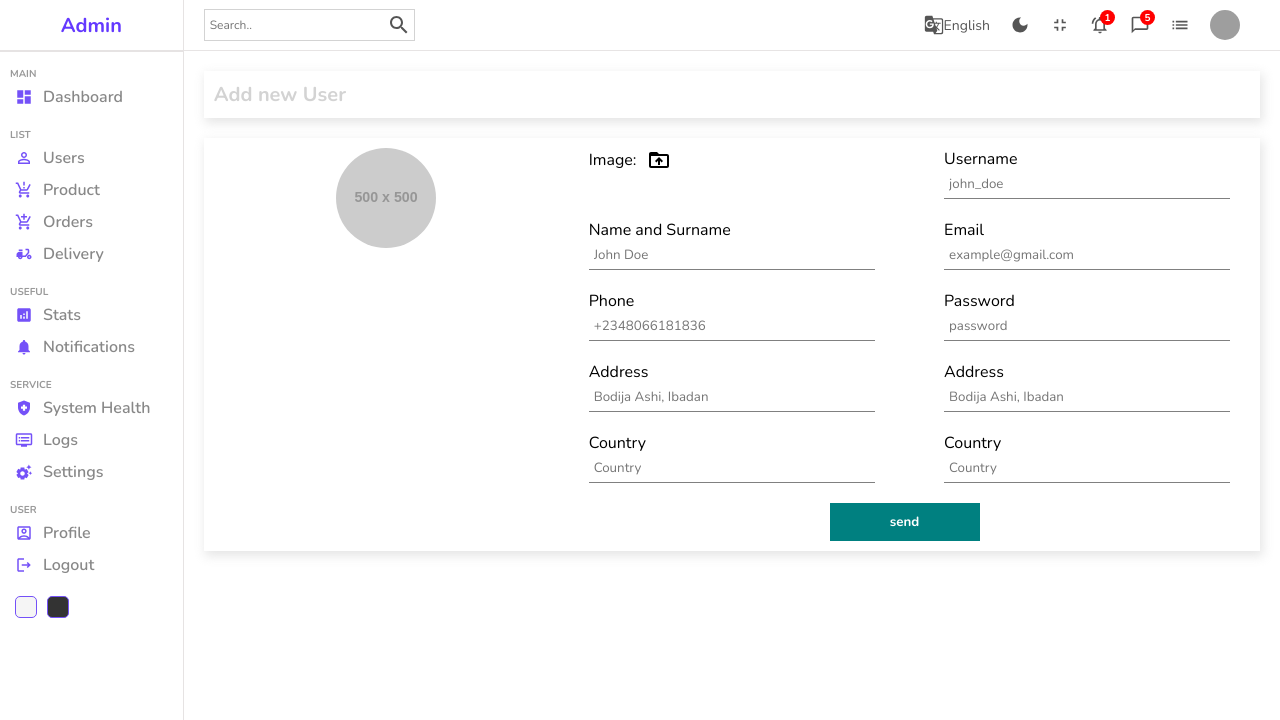
Repository: maescode/simple-react-admin-dashboard
Page: /users/new
These files come from the project's save history. The page is drawn as it stood at one moment and after the next save; the edit follows.
The browser window is 1280 px wide. The pictures show the whole page.
Pictures or frames that could not be fetched are drawn as grey boxes. The project was rebuilt for these pictures with package versions that can differ from the ones it lists, and the page was loaded fresh each time. Also part of the build but not shown: src/App.css, src/pages/home/home.scss, src/pages/components/widget/widget.scss, src/pages/components/widget/Widget.jsx, src/pages/components/featured/featured.scss, src/pages/components/featured/Featured.jsx, src/pages/components/chart/chart.scss, src/pages/components/chart/Chart.jsx and 11 more.

Above is the page before, as saved 2022-08-10 06:13:13.

After the next save:
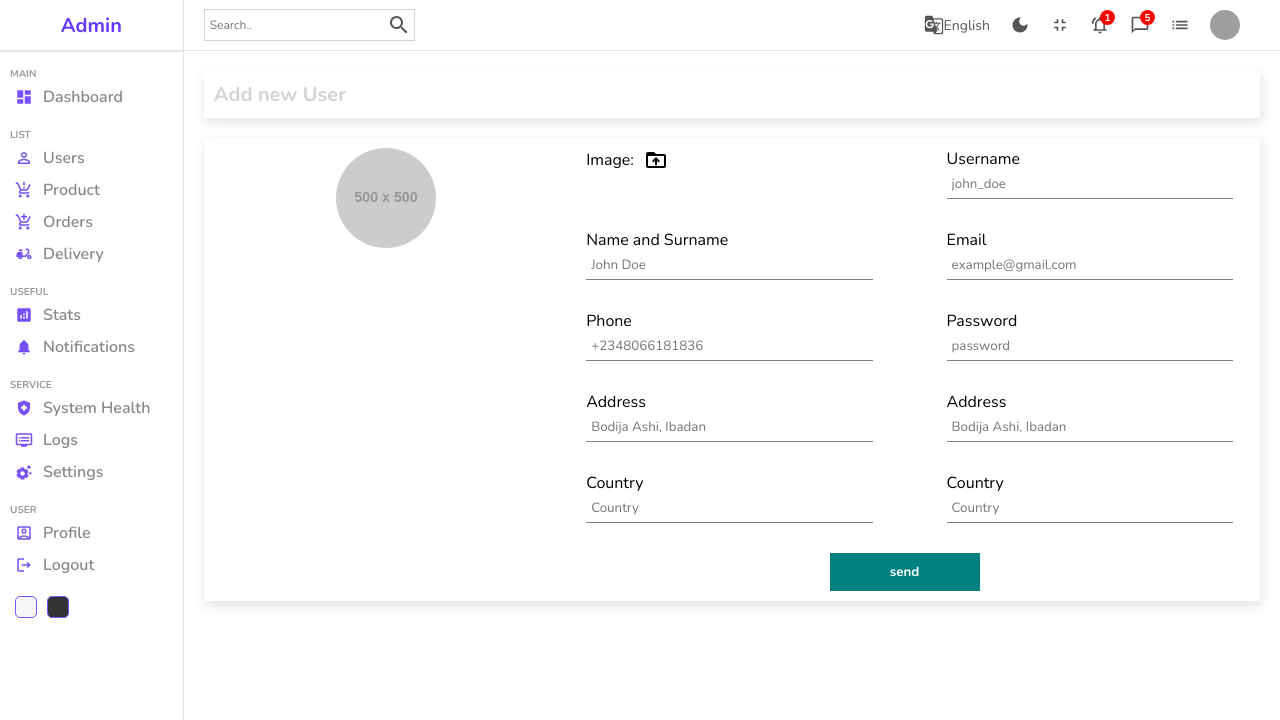
Saved 9 s later.
--- a/src/pages/new/new.scss
+++ b/src/pages/new/new.scss
@@ -34,7 +34,7 @@
       form {
         display: flex;
         flex-wrap: wrap;
-        gap: 20px;
+        gap: 30px;
         justify-content: space-around;
         .formInput {
           width: 40%;
